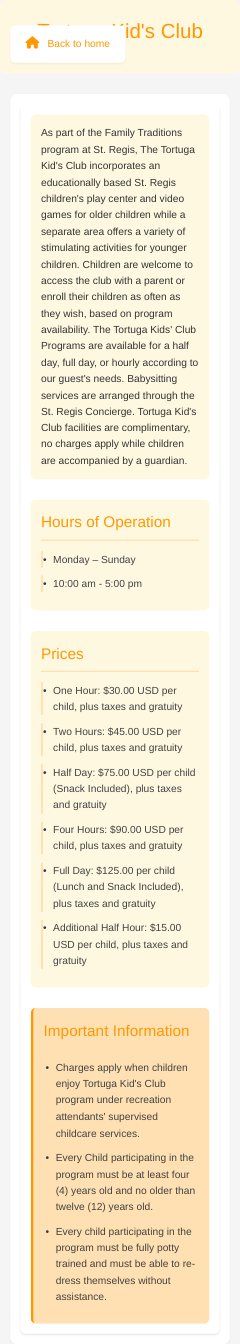
Repository: chvg1968/luxephonebook
Page: public/pages/tortuga.html
The author's editor kept a copy of each file at every save. The page is drawn from the files as they stood at one save, then again after the next save.
The browser window is 375 px wide. The pictures show the whole page, at 64% of full size.

Above is the page before, as saved 2025-01-23 19:52:30.

After the next save:
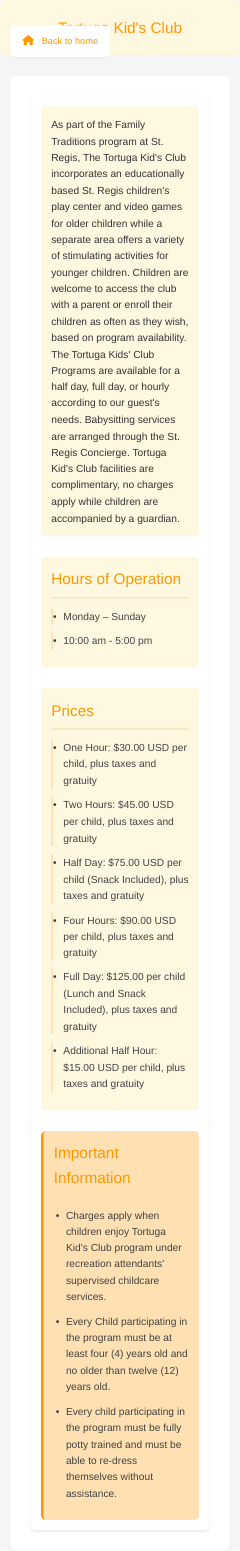
Saved 75 s later.
--- a/public/assets/styles/components/tortuga.css
+++ b/public/assets/styles/components/tortuga.css
@@ -15,13 +15,17 @@
     border-radius: 10px;
     margin-bottom: 2rem;
     text-align: center;
+    display: flex;
+    flex-direction: column;
+    align-items: center;
+    gap: 1rem;
   }
 
   .property-welcome h1 {
     color: var(--tortuga-accent);
     font-size: 2.5rem;
     font-weight: 300;
-    margin-bottom: 1rem;
+    margin: 0;
     font-family: 'Helvetica Neue', Arial, sans-serif;
   }
 
@@ -108,17 +112,30 @@
   @media (max-width: 768px) {
     .property-welcome {
       padding: 1.5rem;
+      gap: 1.5rem;
     }
 
     .property-welcome h1 {
-      font-size: 2rem;
+      font-size: 1.8rem;
     }
 
-    .property-content {
-      padding: 1rem;
+    .back-to-home {
+      padding: 0.8rem 1.2rem;
+      width: auto;
+      font-size: 0.9rem;
+    }
+
+    .back-to-home i {
+      font-size: 1rem;
     }
 
     .info-section {
       padding: 1rem;
     }
   }
+
+  @media (max-width: 480px) {
+    .property-welcome h1 {
+      font-size: 1.5rem;
+    }
+  }
